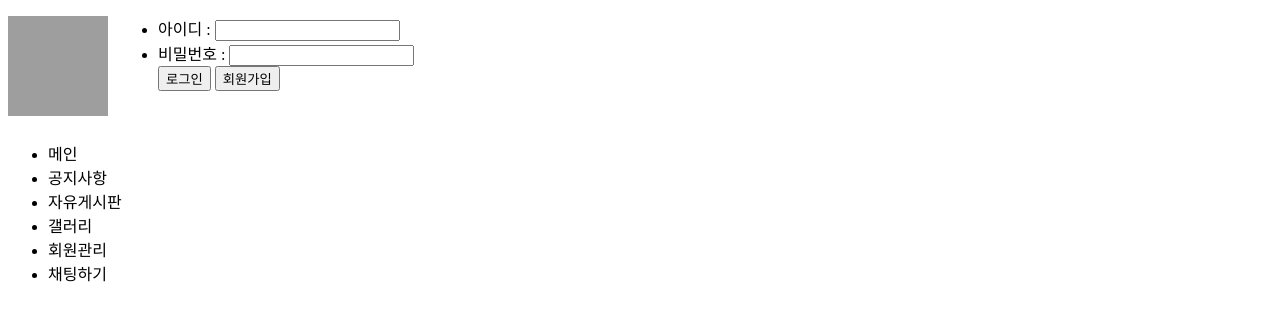
Repository: giwon8701/Qclass_KH
Page: Workspace_Java/testWebProject/WebContent/test2.html
An editor plug-in stored every save of this project. The page is shown before and after the next save, followed by the edit.
The browser window is 1280 px wide. The pictures show the whole page.
Pictures or frames that could not be fetched are drawn as grey boxes.

Above is the page before, as saved 2021-01-11 02:58:31.

After the next save:
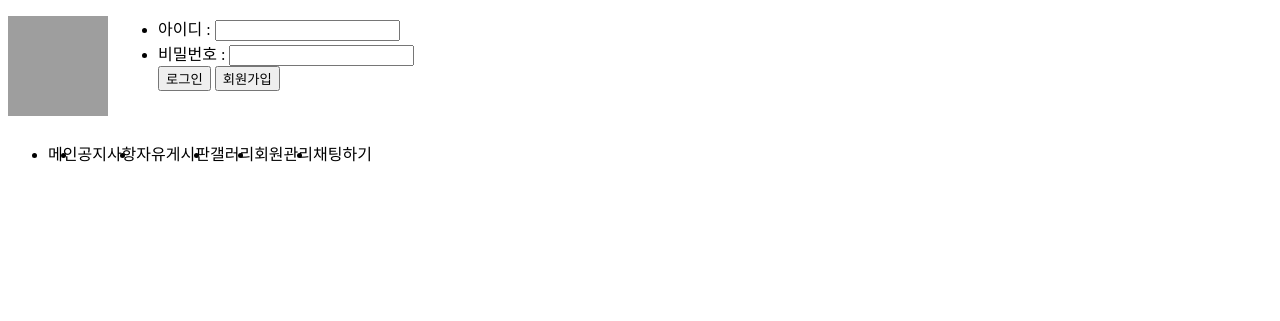
Saved 48 s later.
--- a/Workspace_Java/testWebProject/WebContent/test2.html
+++ b/Workspace_Java/testWebProject/WebContent/test2.html
@@ -2,6 +2,11 @@
 <html lang="ko">
 <head>
 <meta charset="UTF-8">
+<style>
+.nav li {
+	float: left;
+}
+</style>
 </head>
 
 <body>
@@ -26,7 +31,7 @@
 
 		<br>
 
-		<ul id="nav" style="float:left;">
+		<ul class="nav" style="float:left;">
 			<li>메인</li>
 			<li>공지사항</li>
 			<li>자유게시판</li>
